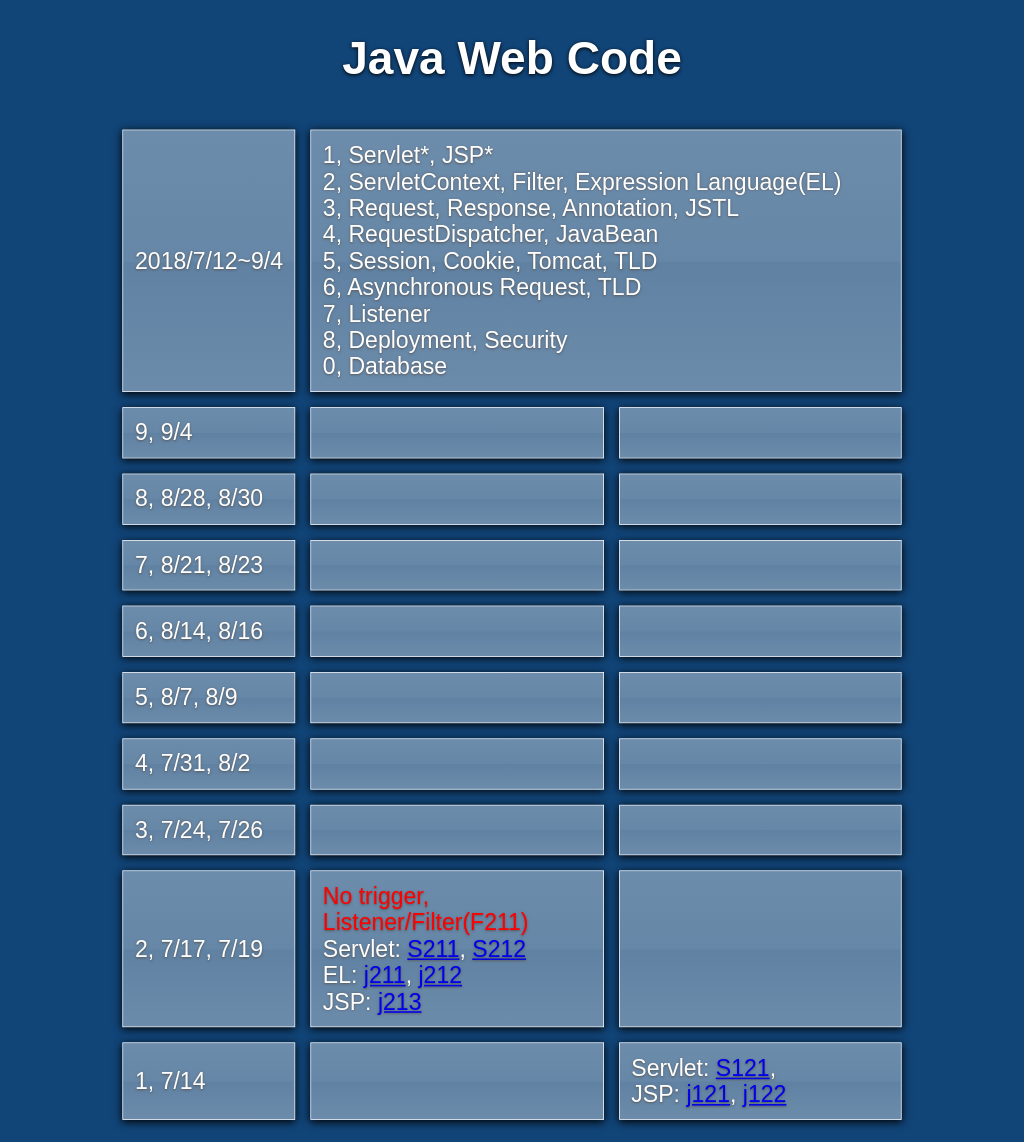
Repository: anxhuang/Java_Web
Page: code/WebContent/index.html
The author's editor kept a copy of each file at every save. The page is drawn from the files as they stood at one save, then again after the next save.
The browser window is 1280 px wide. The pictures show the whole page, at 80% of full size.

Above is the page before, as saved 2018-07-17 11:53:27.

### code/WebContent/index.html
<!DOCTYPE html>
<html>
<head>
<meta charset="BIG5">
<title>Insert title here</title>
<style>
	body{
		font-size: 0.3in;
		font-family: Arial;
		background: #147;
		/*background-image: url("https://fsa.zobj.net/crop.php?r=ao88GxCisk4oY2NINS9REEtIWhpZOc22-qItDMLD3PM32O_JkS6wNJkg6nyYIREcmC0vWqaqI6LJaUOxd-WXbPJcJwdQ8BFboZ63vqok2a4Dr1BmLINjzf1ENB44EzZlDTbMtV754atZi7iy");*/
		/*background-size: cover;*/
	}
	h1{
		color: #FFF;
		text-shadow: 0px 2px 5px #000;
		text-align: center;
	}
	table{
		width: 80%;
		margin: 0 auto;
		border-spacing: 0.2in;
	}
	td{
		color: #FFF;
		text-shadow: 0px 1px 3px #555;
		padding: 0.15in;
		border: 1px solid #FFF;
		/*background: rgba(230,230,230,0.8);*/
		/* Permalink - use to edit and share this gradient: http://colorzilla.com/gradient-editor/#f6f8f9+0,e5ebee+50,d7dee3+51,f5f7f9+100&0.4+1,0.4+100 */
		background: -moz-linear-gradient(0deg, rgba(246,248,249,0.4) 0%, rgba(246,248,249,0.4) 1%, rgba(229,235,238,0.4) 50%, rgba(215,222,227,0.4) 51%, rgba(245,247,249,0.4) 100%); /* FF3.6-15 */
		background: -webkit-linear-gradient(0deg, rgba(246,248,249,0.4) 0%,rgba(246,248,249,0.4) 1%,rgba(229,235,238,0.4) 50%,rgba(215,222,227,0.4) 51%,rgba(245,247,249,0.4) 100%); /* Chrome10-25,Safari5.1-6 */
		background: linear-gradient(180deg, rgba(246,248,249,0.4) 0%,rgba(246,248,249,0.4) 1%,rgba(229,235,238,0.4) 50%,rgba(215,222,227,0.4) 51%,rgba(245,247,249,0.4) 100%); /* W3C, IE10+, FF16+, Chrome26+, Opera12+, Safari7+ */
		filter: progid:DXImageTransform.Microsoft.gradient( startColorstr='#b3f6f8f9', endColorstr='#b3f5f7f9',GradientType=1 ); /* IE6-9 fallback on horizontal gradient */
		box-shadow: 0px 2px 10px #000;
	}
	td:first-child{
		width: 20%;
	}
	td:nth-child(2){
		width: 40%;
	}
	td:nth-child(3){
		width: 40%;
	}
</style>
</head>
<body>

	<h1>Java Web Code</h1>

	<table>
		<tbody>
			<tr>
				<td>2018/7/12~9/4</td>
				<td colspan="2">
					1, Servlet*, JSP*<br>
					2, ServletContext, Filter, Expression Language(EL)<br>
					3, Request, Response, Annotation, JSTL<br>
					4, RequestDispatcher, JavaBean<br>
					5, Session, Cookie, Tomcat, TLD<br>
					6, Asynchronous Request, TLD<br>
					7, Listener<br>
					8, Deployment, Security<br>
					0, Database
				</td>
			</tr>
			<tr>
				<td>9, 9/4</td>
				<td></td>
				<td></td>
			</tr>
			<tr>
				<td>8, 8/28, 8/30</td>
				<td></td>
				<td></td>
			</tr>
			<tr>
				<td>7, 8/21, 8/23</td>
				<td></td>
				<td></td>
			</tr>
			<tr>
				<td>6, 8/14, 8/16</td>
				<td></td>
				<td></td>
			</tr>
			<tr>
				<td>5, 8/7, 8/9</td>
				<td></td>
				<td></td>
			</tr>
			<tr>
				<td>4, 7/31, 8/2</td>
				<td></td>
				<td></td>
			</tr>
			<tr>
				<td>3, 7/24, 7/26</td>
				<td></td>
				<td></td>
			</tr>
			<tr>
				<td>2, 7/17, 7/19</td>
				<td>
					<font color="red">No trigger, Listener/Filter(F211)</font>
					<br>
					Servlet:
					<a href="S211">S211</a>,
					<a href="S212">S212</a>
					<br>
					EL:
					<a href="j211.jsp">j211</a>,
					<a href="j212.jsp">j212</a>
					<br>
					JSP:
					<a href="j213.jsp">j213</a>
				</td>
				<td></td>
			</tr>
			<tr>
				<td>1, 7/14</td>
				<td></td>
				<td>
					Servlet:
					<a href="S121">S121</a>,
					<br>
					JSP:
					<a href="j121.jsp">j121</a>,
					<a href="j122.jsp">j122</a>
				</td>
			</tr>
		</tbody>
	</table>
</body>
</html>

After the next save:
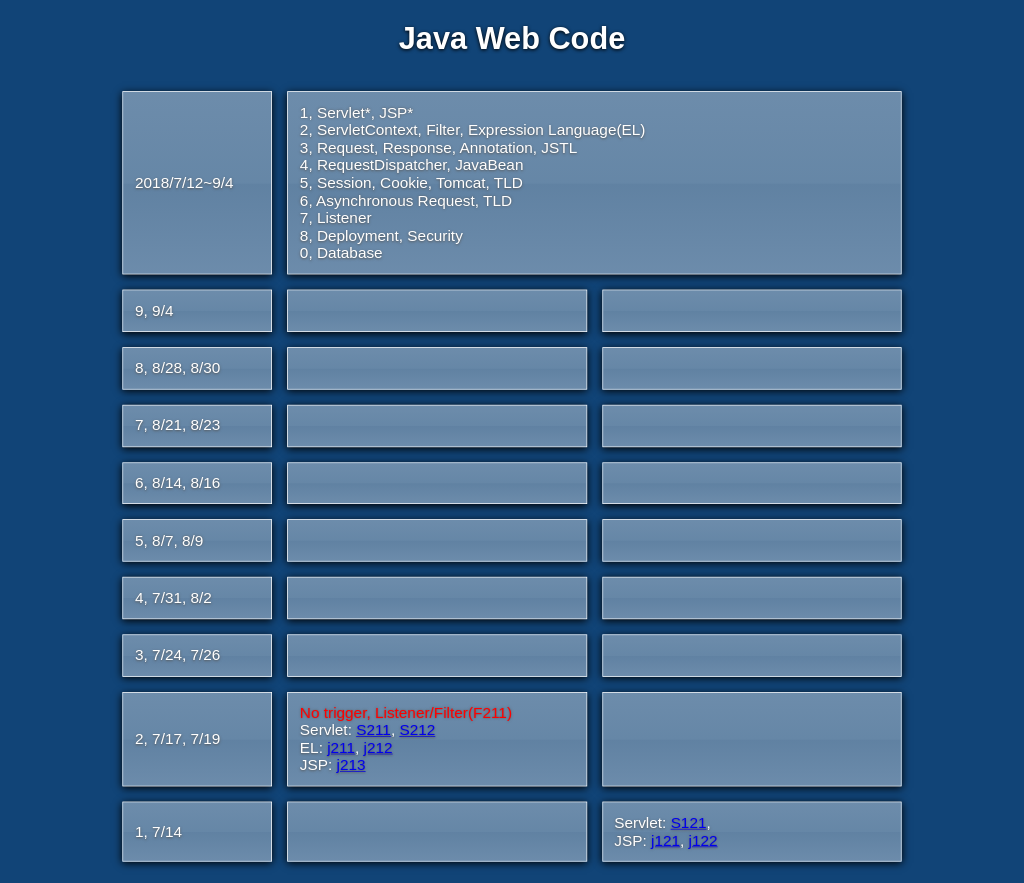
Saved 119 s later.
--- a/code/WebContent/index.html
+++ b/code/WebContent/index.html
@@ -5,7 +5,7 @@
 <title>Insert title here</title>
 <style>
 	body{
-		font-size: 0.3in;
+		font-size: 0.2in;
 		font-family: Arial;
 		background: #147;
 		/*background-image: url("https://fsa.zobj.net/crop.php?r=ao88GxCisk4oY2NINS9REEtIWhpZOc22-qItDMLD3PM32O_JkS6wNJkg6nyYIREcmC0vWqaqI6LJaUOxd-WXbPJcJwdQ8BFboZ63vqok2a4Dr1BmLINjzf1ENB44EzZlDTbMtV754atZi7iy");*/
